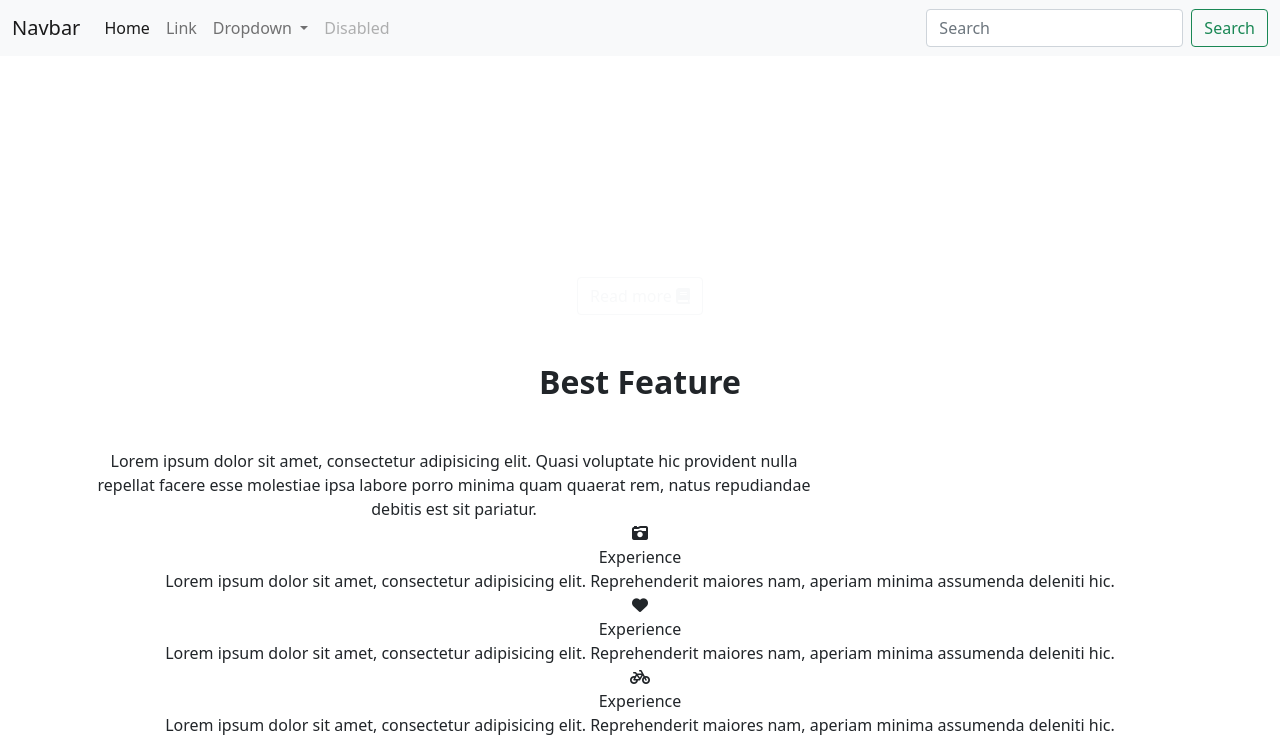
Repository: nptg3105/lab04-landing-page-boostrap5
Page: index.html
An editor plug-in stored every save of this project. The page is shown before and after the next save, followed by the edit.
The browser window is 1280 px wide. The pictures show the whole page.

Above is the page before, as saved 2021-12-19 10:11:11.

### index.html
<!DOCTYPE html>
<html lang="en">
  <head>
    <meta charset="UTF-8" />
    <meta http-equiv="X-UA-Compatible" content="IE=edge" />
    <meta name="viewport" content="width=device-width, initial-scale=1.0" />
    <title>lab04-Landing-Page-Boostrap</title>
    <link
      href="https://cdn.jsdelivr.net/npm/bootstrap@5.1.3/dist/css/bootstrap.min.css"
      rel="stylesheet"
      integrity="sha384-1BmE4kWBq78iYhFldvKuhfTAU6auU8tT94WrHftjDbrCEXSU1oBoqyl2QvZ6jIW3"
      crossorigin="anonymous"
    />
    <link rel="stylesheet" href="https://cdnjs.cloudflare.com/ajax/libs/font-awesome/6.0.0-beta3/css/all.min.css" integrity="sha512-Fo3rlrZj/k7ujTnHg4CGR2D7kSs0v4LLanw2qksYuRlEzO+tcaEPQogQ0KaoGN26/zrn20ImR1DfuLWnOo7aBA==" crossorigin="anonymous" referrerpolicy="no-referrer" />
    <link rel="stylesheet" href="dist/index.css" />
  </head>
  <body>
    <header>
      <nav class="navbar navbar-expand-lg navbar-light bg-light">
        <div class="container-fluid">
          <a class="navbar-brand" href="#">Navbar</a>
          <button
            class="navbar-toggler"
            type="button"
            data-bs-toggle="collapse"
            data-bs-target="#navbarSupportedContent"
            aria-controls="navbarSupportedContent"
            aria-expanded="false"
            aria-label="Toggle navigation"
          >
            <span class="navbar-toggler-icon"></span>
          </button>
          <div class="collapse navbar-collapse" id="navbarSupportedContent">
            <ul class="navbar-nav me-auto mb-2 mb-lg-0">
              <li class="nav-item">
                <a class="nav-link active" aria-current="page" href="#">Home</a>
              </li>
              <li class="nav-item">
                <a class="nav-link" href="#">Link</a>
              </li>
              <li class="nav-item dropdown">
                <a
                  class="nav-link dropdown-toggle"
                  href="#"
                  id="navbarDropdown"
                  role="button"
                  data-bs-toggle="dropdown"
                  aria-expanded="false"
                >
                  Dropdown
                </a>
                <ul class="dropdown-menu" aria-labelledby="navbarDropdown">
                  <li><a class="dropdown-item" href="#">Action</a></li>
                  <li><a class="dropdown-item" href="#">Another action</a></li>
                  <li><hr class="dropdown-divider" /></li>
                  <li>
                    <a class="dropdown-item" href="#">Something else here</a>
                  </li>
                </ul>
              </li>
              <li class="nav-item">
                <a class="nav-link disabled">Disabled</a>
              </li>
            </ul>
            <form class="d-flex">
              <input
                class="form-control me-2"
                type="search"
                placeholder="Search"
                aria-label="Search"
              />
              <button class="btn btn-outline-success" type="submit">
                Search
              </button>
            </form>
          </div>
        </div>
      </nav>
      <div class="hero">
       <div class="container-fluid d-flex align-items-center justify-content-center h-100">
         <div class="row d-flex justify-content-center text-center">
           <div class="col-md-10">
            <h2 class="text-white display-4 fw-bold pt-5 mb-2">Travel</h2>
            <h4 class="text-white my-4">Lorem ipsum dolor sit amet, consectetur adipisicing elit. Deleniti consequuntur.</h4>
            <button class="btn btn-outline-light">Read more <i class="fa fa-book"></i></button>
           </div>
         </div>
       </div>
      </div>
      <div class="feature text-center mt-5">
        <div class="container">
          <h2 class="feature__heading fw-bold mb-5">Best Feature</h2>
          <div class="feature__detail col-md-8 mt-auto">Lorem ipsum dolor sit amet, consectetur adipisicing elit. Quasi voluptate hic provident nulla repellat facere esse molestiae ipsa labore porro minima quam quaerat rem, natus repudiandae debitis est sit pariatur.</div>
          <div class="feature__list">
            <div class="feature__item">
              <div class="feature__icon"><i class="fas fa-camera-retro"></i></div>
              <div class="feature__title">Experience</div>
              <div class="feature__desc">Lorem ipsum dolor sit amet, consectetur adipisicing elit. Reprehenderit maiores nam, aperiam minima assumenda deleniti hic.</div>
            </div>
            <div class="feature__item">
              <div class="feature__icon"><i class="fas fa-heart"></i></div>
              <div class="feature__title">Experience</div>
              <div class="feature__desc">Lorem ipsum dolor sit amet, consectetur adipisicing elit. Reprehenderit maiores nam, aperiam minima assumenda deleniti hic.</div>
            </div>
            <div class="feature__item">
              <div class="feature__icon"><i class="fas fa-bicycle"></i></div>
              <div class="feature__title">Experience</div>
              <div class="feature__desc">Lorem ipsum dolor sit amet, consectetur adipisicing elit. Reprehenderit maiores nam, aperiam minima assumenda deleniti hic.</div>
            </div>
          </div>
        </div>

      </div>
    </header>

    </p>

    <script
      src="https://cdn.jsdelivr.net/npm/bootstrap@5.1.3/dist/js/bootstrap.bundle.min.js"
      integrity="sha384-ka7Sk0Gln4gmtz2MlQnikT1wXgYsOg+OMhuP+IlRH9sENBO0LRn5q+8nbTov4+1p"
      crossorigin="anonymous"
    ></script>
  </body>
</html>

### dist/index.css
* {
  box-sizing: border-box;
  margin: 0;
  padding: 0;
}
body {
  line-height: 1.5;
}
:root {
  --color-bg: #ecf2f8;
  --color-white: #fff;
  --color-violet: #7541c8;
  --color-light-grey: #cfcfcf;
  --color-dark-grey: #19212e;
  --color-grey: #48556a;
}
.hero {
  background: url(https://mdbootstrap.com/img/Photos/Horizontal/Nature/full%20page/img%20(
        3
      ).jpg)
    no-repeat 50% fixed;
}
/*# sourceMappingURL=index.css.map */

After the next save:
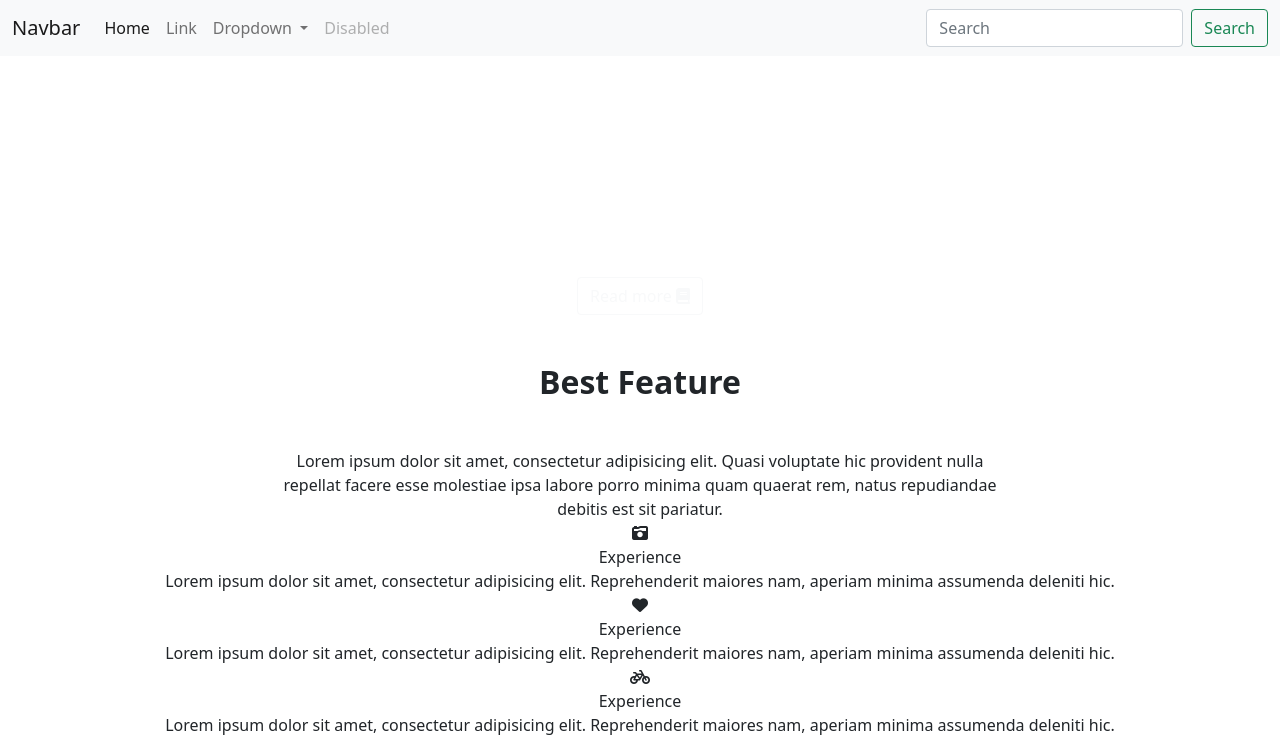
Saved 4 s later.
--- a/index.html
+++ b/index.html
@@ -90,7 +90,7 @@
       <div class="feature text-center mt-5">
         <div class="container">
           <h2 class="feature__heading fw-bold mb-5">Best Feature</h2>
-          <div class="feature__detail col-md-8 mt-auto">Lorem ipsum dolor sit amet, consectetur adipisicing elit. Quasi voluptate hic provident nulla repellat facere esse molestiae ipsa labore porro minima quam quaerat rem, natus repudiandae debitis est sit pariatur.</div>
+          <div class="feature__detail col-md-8 m-auto">Lorem ipsum dolor sit amet, consectetur adipisicing elit. Quasi voluptate hic provident nulla repellat facere esse molestiae ipsa labore porro minima quam quaerat rem, natus repudiandae debitis est sit pariatur.</div>
           <div class="feature__list">
             <div class="feature__item">
               <div class="feature__icon"><i class="fas fa-camera-retro"></i></div>
